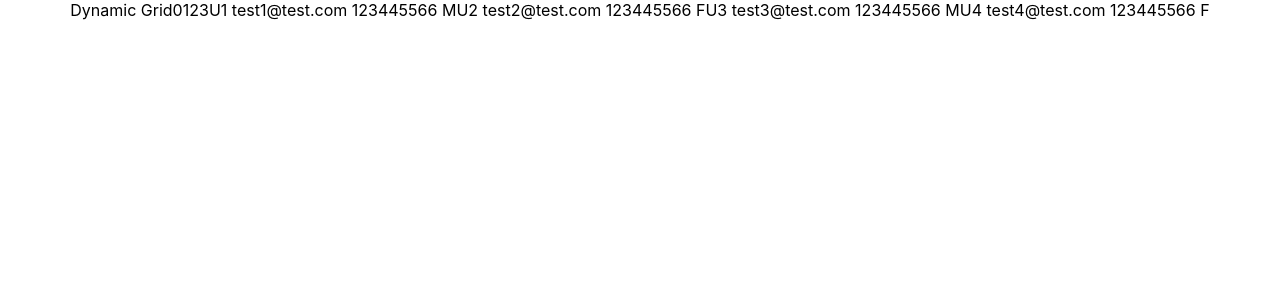
Repository: mayank-tavisca/dynamic-grids
Page: /
These files come from the project's save history. The page is drawn as it stood at one moment and after a run of saves; the edit follows.
The browser window is 1280 px wide. The pictures show the whole page.
The project was rebuilt for these pictures with package versions that can differ from the ones it lists, and the page was loaded fresh each time.

Above is the page before, as saved 2020-02-03 18:17:47.

### src/App.tsx
import React from "react";
import logo from "./logo.svg";
import "./App.css";
import DynamicGrid from "./dynamic-grid/dynamicGrid";

const Data = {
  tableData: [
    { username: "U1", email: "test1@test.com", number: 123445566, gender: "M" },
    { username: "U2", email: "test2@test.com", number: 123445566, gender: "F" },
    { username: "U3", email: "test3@test.com", number: 123445566, gender: "M" },
    { username: "U4", email: "test4@test.com", number: 123445566, gender: "F" }
  ]
};

const App = () => {
  return (
    <div className="App">
      <DynamicGrid data={Data} />
    </div>
  );
};

export default App;

### src/dynamic-grid/dynamicGrid.tsx
import React, { FC, useEffect, useState } from "react";

interface IProps {
  data: any;
}

interface ITableConfig {
  rows: number;
  cols: number;
  defaultRowCount: number;
  pagination: boolean;
  headerData: any;
  data: any;
}

const DynamicGrid: React.FC<IProps> = ({ data }) => {
  const [showTable, setShowTable]: any = useState(false);
  const [tableConfig, setTableConfig]: any = useState({
    rows: 0,
    cols: 0,
    defaultRowCount: 5,
    pagination: false,
    headerData: [],
    data: []
  });

  //   let tableConfig: ITableConfig = ;

  useEffect(() => {
    parseData();
  }, []);

  const parseData = () => {
    tableConfig.rows = data.tableData.length;
    tableConfig.cols = Object.keys(data.tableData).length;
    Object.keys(data.tableData).forEach((key: any) => {
      tableConfig.headerData.push(key);
    });
    tableConfig.data = data.tableData;
    setTableConfig(tableConfig);
    setShowTable(true);
  };

  const renderHeader = () => {
    return tableConfig.headerData.map((item: any) => {
      return <span>{item}</span>;
    });
  };

  const renderData = () => {
    return tableConfig.data.map((item: any) => {
      return (
        <span>
          {item.username} {item.email} {item.number} {item.gender}
        </span>
      );
    });
  };

  return (
    <div>
      Dynamic Grid
      {renderHeader()}
      {renderData()}
    </div>
  );
};

export default DynamicGrid;

Loaded but not shown: public/index.html (common file); src/index.tsx (common file); src/index.css (common file); src/serviceWorker.ts (common file); src/App.css (common file)

After the next 3 saves:
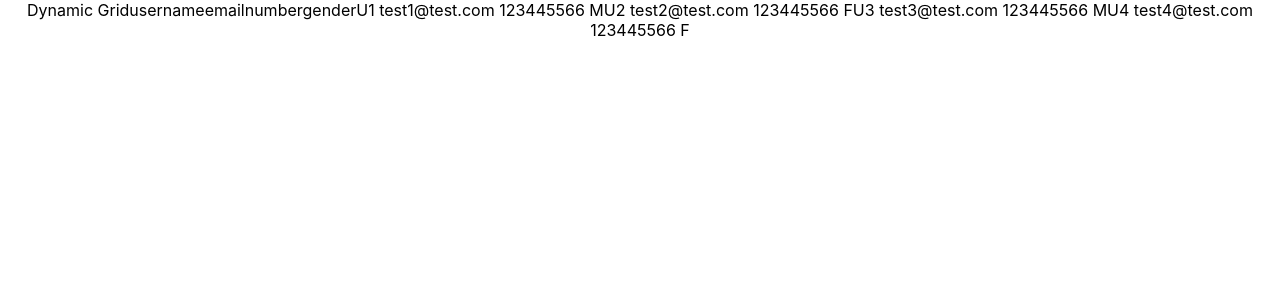
The 3 saves are shown as one change because 2 did not build or start.
The last was saved 2 min 15 s later.
--- a/src/dynamic-grid/dynamicGrid.tsx
+++ b/src/dynamic-grid/dynamicGrid.tsx
@@ -33,7 +33,7 @@ const DynamicGrid: React.FC<IProps> = ({ data }) => {
   const parseData = () => {
     tableConfig.rows = data.tableData.length;
     tableConfig.cols = Object.keys(data.tableData).length;
-    Object.keys(data.tableData).forEach((key: any) => {
+    (Object.keys(data.tableData[0]) || []).forEach((key: any) => {
       tableConfig.headerData.push(key);
     });
     tableConfig.data = data.tableData;
